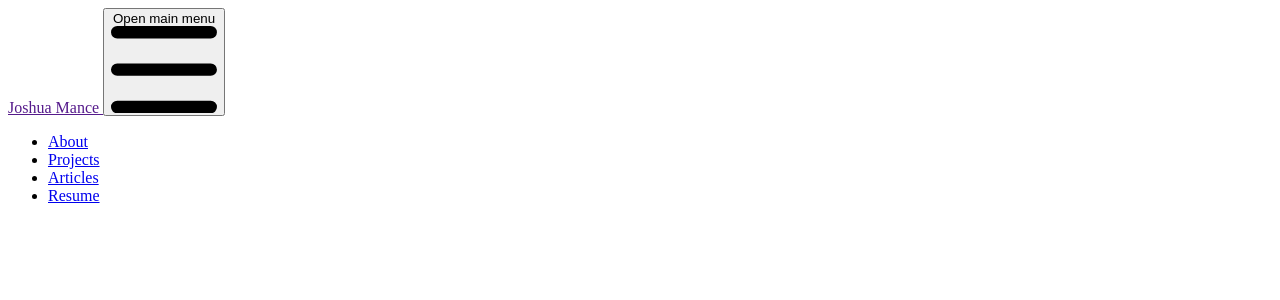
Repository: JoshMance/JoshMance.github.io
Page: src/components/navbar.html
An editor plug-in stored every save of this project. The page is shown before and after the next save, followed by the edit.
The browser window is 1280 px wide. The pictures show the whole page.

Above is the page before, as saved 2024-08-27 08:24:41.

### src/components/navbar.html
<nav class="navbar sticky top-0 p-3 m-0">
  <div class="max-w-screen-3xl flex flex-wrap items-start justify-between mx-auto px-4">
    <a href="" class="flex items-center space-x-5 rtl:space-x-reverse">
        <span class="rounded-corners self-center text-3xl py-2 whitespace-nowrap text-secondary font-mono itialic">  Joshua Mance </span>
    </a>
    <button data-collapse-toggle="navbar-default" type="button" class="inline-flex items-center p-2 w-10 h-10 justify-center text-sm text-gray-500 rounded-lg md:hidden hover:bg-gray-100 focus:outline-none focus:ring-2 focus:ring-gray-200 dark:text-gray-400 dark:hover:bg-gray-700 dark:focus:ring-gray-600" aria-controls="navbar-default" aria-expanded="false">
        <span class="sr-only">Open main menu</span>
        <svg class="w-5 h-5" aria-hidden="true" xmlns="http://www.w3.org/2000/svg" fill="none" viewBox="0 0 17 14">
            <path stroke="currentColor" stroke-linecap="round" stroke-linejoin="round" stroke-width="2" d="M1 1h15M1 7h15M1 13h15"/>
        </svg>
    </button>
    <div class="hidden w-full md:block md:w-auto" id="navbar">
      <ul class="text-2xl flex flex-col md:p-0 mt-5 border rounded-lg md:flex-row rtl:space-x-reverse md:mt-0 md:border-0">
        <li class="px-5">
          <a href="about" class="block py-2 px-7 text-secondary rounded-3xl hover:underline hover:text-accent">About</a>
        </li>
        <li class="px-5">
          <a href="/src/pages/projects.html" class="block py-2 px-7 text-secondary rounded-3xl hover:underline hover:text-accent">Projects</a>
        </li>
        <li class="px-5">
          <a href="#" class="block py-2 px-7 whitespace-nowrap text-secondary rounded-3xl hover:underline hover:text-accent">Articles</a>
        </li>
        <li class="px-5">
          <a href="#" class="block py-2 px-7 whitespace-nowrap text-secondary rounded-3xl hover:underline hover:text-accent">Resume</a>
        </li>

      </ul>
    </div>
  </div>
</nav>

After the next save:
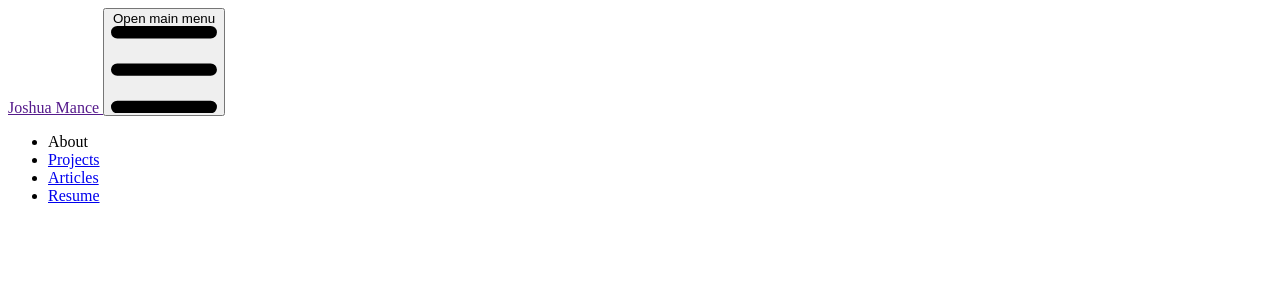
Saved 45 s later.
--- a/src/components/navbar.html
+++ b/src/components/navbar.html
@@ -12,7 +12,7 @@
     <div class="hidden w-full md:block md:w-auto" id="navbar">
       <ul class="text-2xl flex flex-col md:p-0 mt-5 border rounded-lg md:flex-row rtl:space-x-reverse md:mt-0 md:border-0">
         <li class="px-5">
-          <a href="about" class="block py-2 px-7 text-secondary rounded-3xl hover:underline hover:text-accent">About</a>
+          <a id = "about" class="block py-2 px-7 text-secondary rounded-3xl hover:underline hover:text-accent">About</a>
         </li>
         <li class="px-5">
           <a href="/src/pages/projects.html" class="block py-2 px-7 text-secondary rounded-3xl hover:underline hover:text-accent">Projects</a>

After the save that followed:
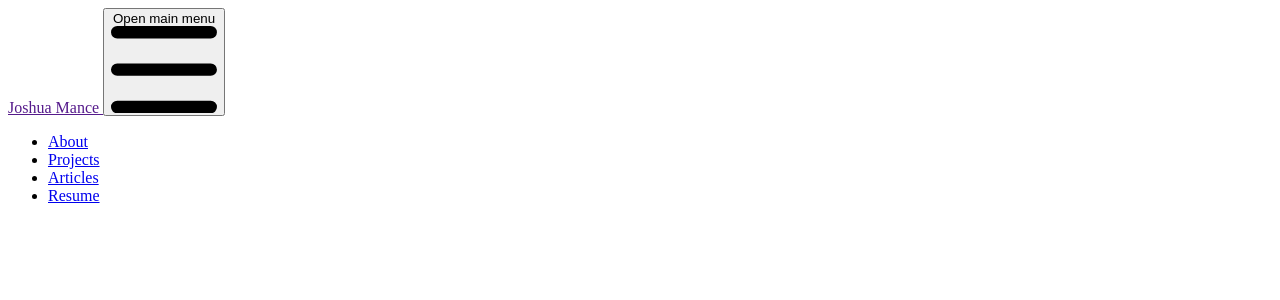
Saved 21 s later.
--- a/src/components/navbar.html
+++ b/src/components/navbar.html
@@ -12,7 +12,7 @@
     <div class="hidden w-full md:block md:w-auto" id="navbar">
       <ul class="text-2xl flex flex-col md:p-0 mt-5 border rounded-lg md:flex-row rtl:space-x-reverse md:mt-0 md:border-0">
         <li class="px-5">
-          <a id = "about" class="block py-2 px-7 text-secondary rounded-3xl hover:underline hover:text-accent">About</a>
+          <a href = "#", id = "about" class="block py-2 px-7 text-secondary rounded-3xl hover:underline hover:text-accent">About</a>
         </li>
         <li class="px-5">
           <a href="/src/pages/projects.html" class="block py-2 px-7 text-secondary rounded-3xl hover:underline hover:text-accent">Projects</a>
